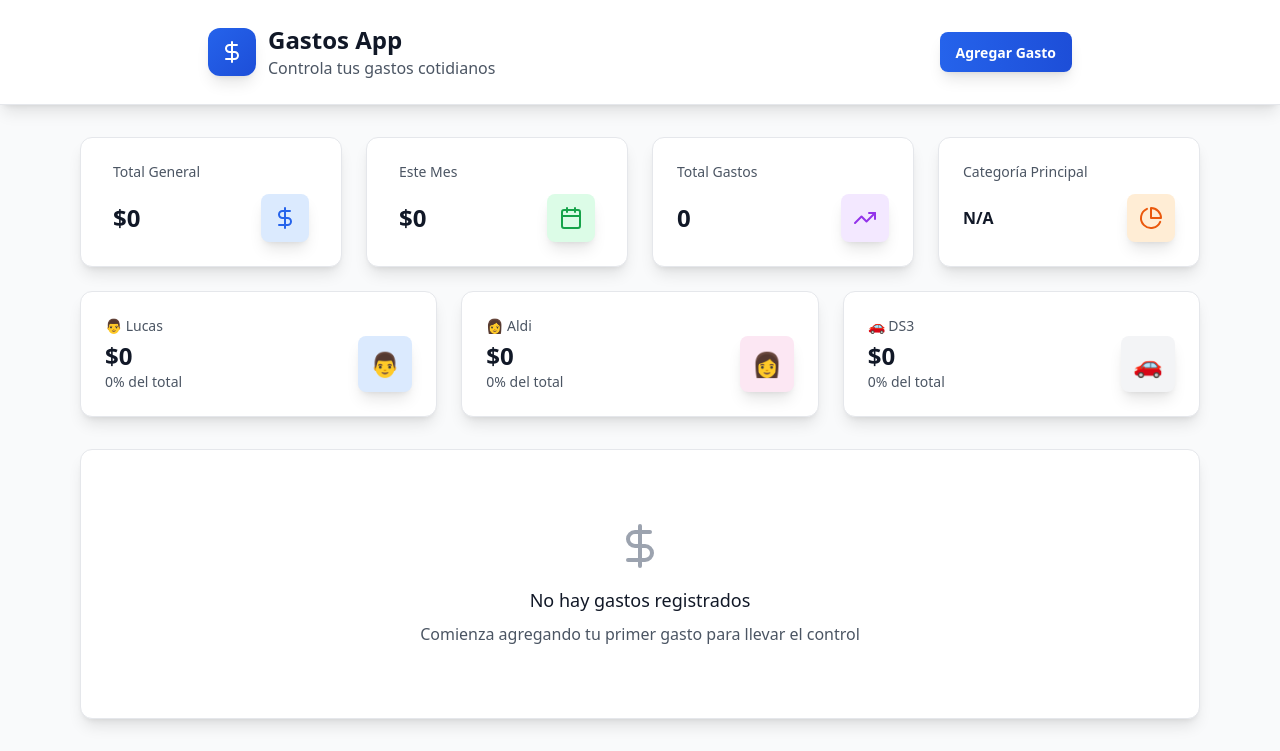
Repository: lucastenaglia/Gastosapp
Page: /
These files come from the project's save history. The page is drawn as it stood at one moment and after the next save; the edit follows.
The browser window is 1280 px wide. The pictures show the whole page.
The page's requests for data from a server got no answer. The project was rebuilt for these pictures with package versions that can differ from the ones it lists, and the page was loaded fresh each time. No one was signed in, and anything a server would have sent is missing. Also part of the build but not shown: vite.config.js, src/components/ExpenseForm.jsx.

Above is the page before, as saved 2025-08-13 18:51:40.

After the next save:
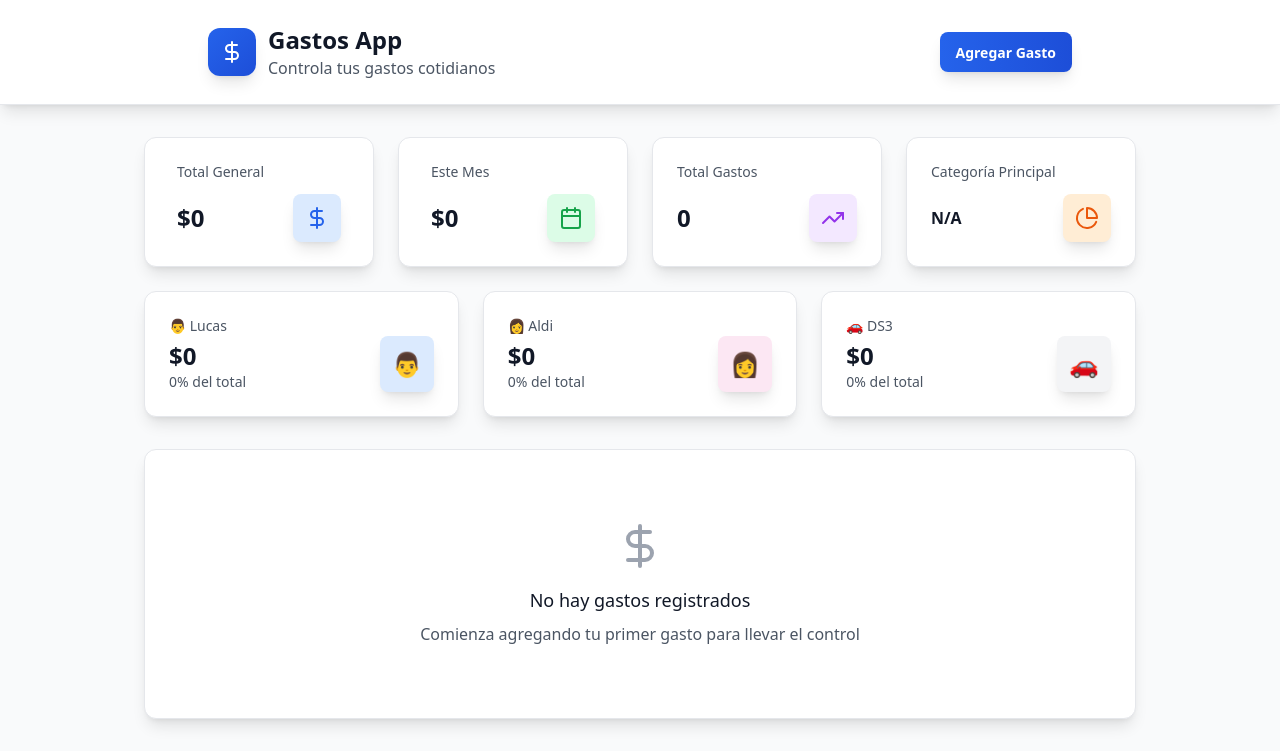
Saved 26 s later.
--- a/src/App.jsx
+++ b/src/App.jsx
@@ -88,7 +88,7 @@ function App() {
     <div className="min-h-screen bg-gray-50">
       <Header onAddExpense={() => setIsFormOpen(true)} />
 
-      <main className="container mx-auto px-4 py-8 max-w-6xl">
+      <main className="container mx-auto px-4 py-8 max-w-5xl">
         {error && (
           <div className="bg-red-100 border border-red-400 text-red-700 px-4 py-3 rounded mb-6">
             {error}
